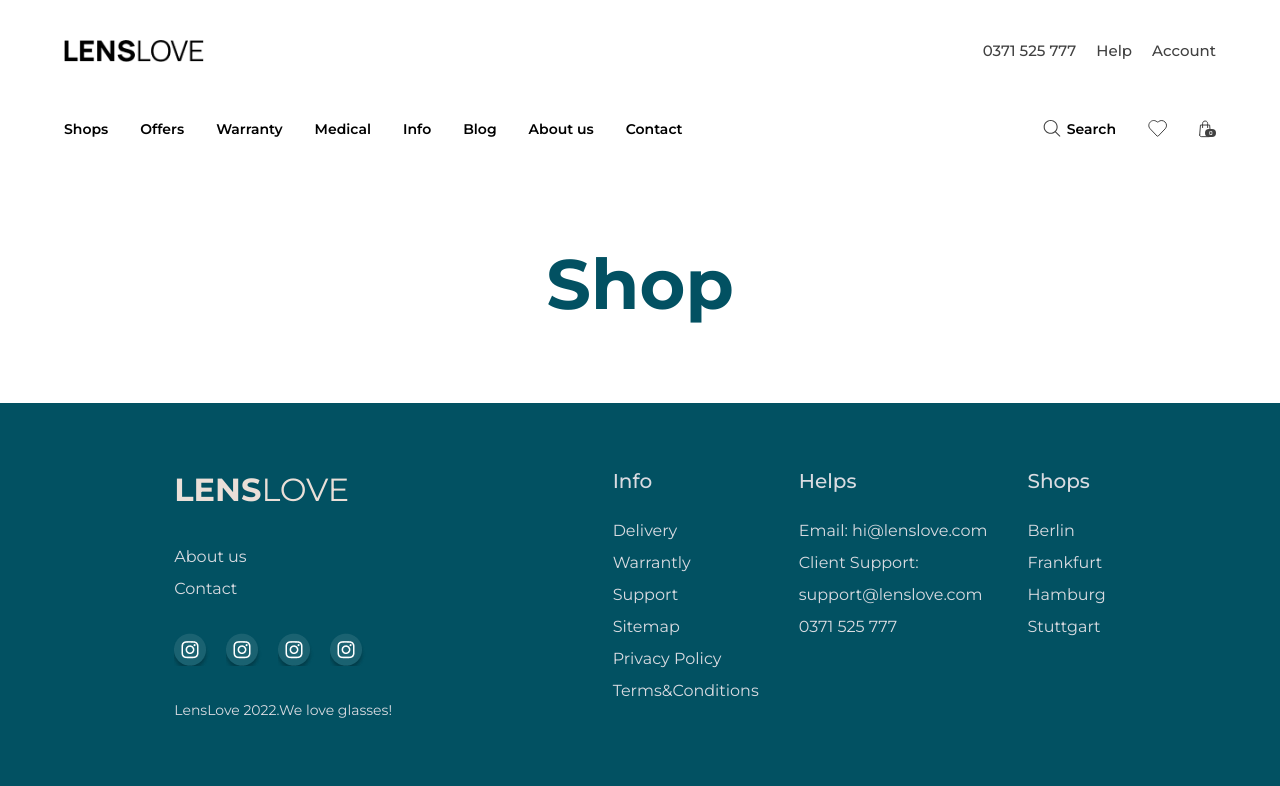
Repository: thienthanhvinh/glasses-react
Page: /shop
The author's editor kept a copy of each file at every save. The page is drawn from the files as they stood at one save, then again after the next save.
The browser window is 1280 px wide. The pictures show the whole page.
The project was rebuilt for these pictures with package versions that can differ from the ones it lists, and the page was loaded fresh each time. Also part of the build but not shown: src/App.css, src/components/button/Button.js, src/components/category/Category.js, src/components/intro/Intro.js, src/components/sales/SpringSales.js, src/modules/GlassesGrid.js, src/modules/GlassesItem.js, src/modules/HeadlineImage.js and 11 more.

Above is the page before, as saved 2023-02-13 20:13:37.

### public/index.html
<!DOCTYPE html>
<html lang="en">
  <head>
    <meta charset="utf-8" />
    <link rel="icon" href="%PUBLIC_URL%/favicon.ico" />
    <meta name="viewport" content="width=device-width, initial-scale=1" />
    <meta name="theme-color" content="#000000" />
    <meta
      name="description"
      content="Web site created using create-react-app"
    />
    <link rel="apple-touch-icon" href="%PUBLIC_URL%/logo192.png" />
    <!--
      manifest.json provides metadata used when your web app is installed on a
      user's mobile device or desktop. See https://developers.google.com/web/fundamentals/web-app-manifest/
    -->
    <link rel="manifest" href="%PUBLIC_URL%/manifest.json" />
    <!--
      Notice the use of %PUBLIC_URL% in the tags above.
      It will be replaced with the URL of the `public` folder during the build.
      Only files inside the `public` folder can be referenced from the HTML.

      Unlike "/favicon.ico" or "favicon.ico", "%PUBLIC_URL%/favicon.ico" will
      work correctly both with client-side routing and a non-root public URL.
      Learn how to configure a non-root public URL by running `npm run build`.
    -->
    <link href="https://fonts.googleapis.com/css2?family=Montserrat:wght@300;400;500;600;700&display=swap" rel="stylesheet">
    <title>React App</title>
  </head>
  <body>
    <noscript>You need to enable JavaScript to run this app.</noscript>
    <div id="root"></div>
    <!--
      This HTML file is a template.
      If you open it directly in the browser, you will see an empty page.

      You can add webfonts, meta tags, or analytics to this file.
      The build step will place the bundled scripts into the <body> tag.

      To begin the development, run `npm start` or `yarn start`.
      To create a production bundle, use `npm run build` or `yarn build`.
    -->
  </body>
</html>

### src/index.js
import React from 'react';
import ReactDOM from 'react-dom/client';
import './index.css';
import App from './App';
import reportWebVitals from './reportWebVitals';
import { BrowserRouter } from 'react-router-dom';
import { ToastContainer, toast } from 'react-toastify';
import 'react-toastify/dist/ReactToastify.css';

const root = ReactDOM.createRoot(document.getElementById('root'));
root.render(
  // <React.StrictMode>
  <BrowserRouter>
    <App />
    <ToastContainer></ToastContainer>
  </BrowserRouter>
  // </React.StrictMode>
);

// If you want to start measuring performance in your app, pass a function
// to log results (for example: reportWebVitals(console.log))
// or send to an analytics endpoint. Learn more: https://bit.ly/CRA-vitals
reportWebVitals();

### src/index.css
/* body {
  margin: 0;
  font-family: -apple-system, BlinkMacSystemFont, 'Segoe UI', 'Roboto', 'Oxygen',
    'Ubuntu', 'Cantarell', 'Fira Sans', 'Droid Sans', 'Helvetica Neue',
    sans-serif;
  -webkit-font-smoothing: antialiased;
  -moz-osx-font-smoothing: grayscale;
}

code {
  font-family: source-code-pro, Menlo, Monaco, Consolas, 'Courier New',
    monospace;
} */

@tailwind base;
@tailwind components;
@tailwind utilities;

body {
  font-family: 'Montserrat', sans-serif;
}
/* .darkmode-input:checked + div .darkmode-spinner {
  transform: translateX(33px);
} */
.active-light {
  transform: translateX(0px);
  transition: all 0.4s;
}
.active-dark {
  transform: translateX(33px);
  transition: all 0.4s;
}

/* .darkmode-input:checked + div {


} */

/* .darkmode-input:checked + div .darkmode-spinner {
  background-color: white;
} */

### src/App.js

import { Route, Routes } from 'react-router-dom';
import './App.css';
import HomePage from './pages/HomePage';
import ShopPage from './pages/ShopPage';
import SignInPage from './pages/SignInPage';
import SignUpPage from './pages/SignUpPage';

function App() {
  return (
    <Routes>
      <Route path='/sign-up' element={<SignUpPage></SignUpPage>}></Route>
      <Route path='/sign-in' element={<SignInPage></SignInPage>}></Route>
      <Route path='/' element={<HomePage></HomePage>}></Route>
      <Route path='/shop' element={<ShopPage></ShopPage>}></Route>
    </Routes>
  );
}

export default App;

### src/pages/ShopPage.js
import React from "react";
import Heading from "../components/common/Heading";
import SpringSales from "../components/sales/SpringSales";
import LayoutGlasses from "../layout/LayoutGlasses";

const ShopPage = () => {
  return (
    <>
      <LayoutGlasses>
        <Heading className="mt-14">Shop</Heading>
        <div className="px-16">
          <div className="mt-[70px]"></div>
        </div>
      </LayoutGlasses>
    </>
  );
};

export default ShopPage;

### src/components/common/Heading.js
import React from 'react';

const Heading = ({children, className = ''}) => {
    return (
        <h2 className={`font-extrabold text-[70px] leading-[98px] text-center text-primary mb-[70px] ${className}`}>
            {children}
        </h2>
    );
};
export default Heading;

### src/modules/Menu.js
import React from "react";
import { Link } from "react-router-dom";
import Navbar from "../components/navbar/Navbar";

const Menu = () => {
  return (
    <div className="py-10 px-16">
      <div className="flex items-center justify-between mb-14">
        <Link to="/">
          <img
            src="/logo.png"
            alt=""
            className="w-[140px] h-auto object-cover"
          />
        </Link>

        <div className="flex gap-x-5 text-secondary-3 text-[15px] font-medium">
          <span>0371 525 777</span>
          <Link to="/">Help</Link>
          <Link to="/sign-in">Account</Link>
        </div>
      </div>
      <Navbar></Navbar>
    </div>
  );
};

export default Menu;

### src/modules/Footer.js
import React from "react";
import { Link } from "react-router-dom";

const Footer = () => {
  return (
    <div className="bg-primary flex justify-around px-16 py-16 text-gray-white">
      <div className="flex flex-col">
        <h2 className="text-secondary font-extrabold text-[32px] leading-[46px] mb-8">
          LENS<span className="font-normal">LOVE</span>
        </h2>
        <Link to="/about" className="mb-2">
          About us
        </Link>
        <Link to="contact" className="mb-8">
          Contact
        </Link>
        <div className="flex gap-x-4 mb-8">
          <span>
            <img src="/Instagram.png" alt="" />
          </span>
          <span>
            <img src="/Instagram.png" alt="" />
          </span>
          <span>
            <img src="/Instagram.png" alt="" />
          </span>
          <span>
            <img src="/Instagram.png" alt="" />
          </span>
        </div>
        <p className="text-[14px] leading-[24px]">
          LensLove 2022.We love glasses!
        </p>
      </div>
      <div className="flex gap-x-10">
        <div>
          <h3 className="font-medium text-xl mb-6">Info</h3>
          <div className="flex flex-col gap-y-2">
            <p>Delivery</p>
            <p>Warrantly</p>
            <p>Support</p>
            <p>Sitemap</p>
            <p>Privacy Policy</p>
            <p>Terms&Conditions</p>
          </div>
        </div>
        <div>
          <h3 className="font-medium text-xl mb-6">Helps</h3>
          <div className="flex flex-col gap-y-2">
            <p>Email: hi@lenslove.com</p>
            <p>Client Support:</p>
            <p>support@lenslove.com</p>
            <p>0371 525 777</p>
          </div>
        </div>
        <div>
          <h3 className="font-medium text-xl mb-6">Shops</h3>
          <div className="flex flex-col gap-y-2">
            <p>Berlin</p>
            <p>Frankfurt</p>
            <p>Hamburg</p>
            <p>Stuttgart</p>
          </div>
        </div>
      </div>
    </div>
  );
};

export default Footer;

### src/layout/LayoutGlasses.js
import React from 'react';
import Footer from '../modules/Footer';
import Menu from '../modules/Menu';

const LayoutGlasses = ({children}) => {
    return (
        <>
         <Menu></Menu>
            {children}
         <Footer></Footer>
        </>
    );
};

export default LayoutGlasses;

### src/components/navbar/Navbar.js
import React from "react";
import { Link } from "react-router-dom";

const Navbar = () => {
  return (
    <div className="flex">
      <ul className="flex text-sm font-semibold gap-x-8">
        <li>
          <Link to="/shop">Shops</Link>
        </li>
        <li>
          <Link to="/">Offers</Link>
        </li>
        <li>
          <Link to="/">Warranty</Link>
        </li>
        <li>
          <Link to="/">Medical</Link>
        </li>
        <li>
          <Link to="/">Info</Link>
        </li>
        <li>
          <Link to="/">Blog</Link>
        </li>
        <li>
          <Link to="/">About us</Link>
        </li>
        <li>
          <Link to="/">Contact</Link>
        </li>
      </ul>
      <div className="ml-auto flex items-center gap-x-8">
        <div className="flex gap-x-[6px] items-center">
          <svg
            width={18}
            height={17}
            viewBox="0 0 18 17"
            fill="none"
            xmlns="http://www.w3.org/2000/svg"
          >
            <path
              d="M17.153 15.747L12.8535 11.5161C13.9794 10.2929 14.6712 8.67509 14.6712 6.89489C14.6707 3.0867 11.534 0 7.66437 0C3.79477 0 0.658081 3.0867 0.658081 6.89489C0.658081 10.7031 3.79477 13.7898 7.66437 13.7898C9.3363 13.7898 10.8698 13.2115 12.0743 12.2501L16.3905 16.4976C16.6008 16.7047 16.9422 16.7047 17.1525 16.4976C17.3633 16.2904 17.3633 15.9541 17.153 15.747ZM7.66437 12.729C4.39027 12.729 1.7361 10.117 1.7361 6.89489C1.7361 3.67281 4.39027 1.06082 7.66437 1.06082C10.9385 1.06082 13.5926 3.67281 13.5926 6.89489C13.5926 10.117 10.9385 12.729 7.66437 12.729Z"
              fill="#414141"
            />
          </svg>
          <span className="text-sm font-semibold">Search</span>
        </div>
        <span>
          <svg
            width="19"
            height="17"
            viewBox="0 0 19 17"
            fill="none"
            xmlns="http://www.w3.org/2000/svg"
          >
            <path
              d="M2.14414 8.80841C0.111678 6.47788 0.614575 3.72661 2.23686 2.03652C3.85628 0.349414 6.5587 -0.245866 8.98238 1.79479L8.98243 1.79483C9.37299 2.12358 9.93842 2.1081 10.3148 1.781L10.3148 1.78097C12.5442 -0.15713 15.2905 0.329246 16.9821 1.956C17.8273 2.76872 18.3905 3.85299 18.4856 5.03784C18.5799 6.21232 18.2175 7.5254 17.1436 8.81679L10.2601 16.0112C9.92623 16.3602 9.36908 16.3602 9.03526 16.0113L2.14414 8.80841Z"
              stroke="#414141"
            />
          </svg>
        </span>
        <span>
          <svg
            width="17"
            height="18"
            viewBox="0 0 17 18"
            fill="none"
            xmlns="http://www.w3.org/2000/svg"
          >
            <path
              d="M0.672966 15.0244L1.47201 5.03632H10.653L11.452 15.0244C11.5228 15.9093 10.8238 16.6665 9.93602 16.6665H2.18895C1.30121 16.6665 0.602173 15.9093 0.672966 15.0244Z"
              stroke="#414141"
              stroke-linecap="round"
              stroke-linejoin="round"
            />
            <path
              d="M3.58252 7.56769V3.52604C3.58252 2.68402 4.08773 1 6.10856 1C8.12938 1 8.63459 2.68402 8.63459 3.52604V7.56769"
              stroke="#414141"
              stroke-linecap="round"
              stroke-linejoin="round"
            />
            <rect x="6" y="9" width="11" height="8" rx="4" fill="#414141" />
            <path
              d="M11.8424 15.084C11.5568 15.084 11.3048 15.0233 11.0864 14.902C10.868 14.7788 10.6972 14.608 10.574 14.3896C10.4527 14.1712 10.392 13.9192 10.392 13.6336V12.3344C10.392 12.0488 10.4527 11.7968 10.574 11.5784C10.6972 11.36 10.868 11.1901 11.0864 11.0688C11.3048 10.9456 11.5568 10.884 11.8424 10.884C12.128 10.884 12.3791 10.9456 12.5956 11.0688C12.814 11.1901 12.9848 11.36 13.108 11.5784C13.2312 11.7968 13.2928 12.0488 13.2928 12.3344V13.6336C13.2928 13.9192 13.2312 14.1712 13.108 14.3896C12.9848 14.608 12.814 14.7788 12.5956 14.902C12.3791 15.0233 12.128 15.084 11.8424 15.084ZM11.8424 14.4428C11.9843 14.4428 12.1131 14.4092 12.2288 14.342C12.3445 14.2729 12.436 14.1815 12.5032 14.0676C12.5704 13.9519 12.604 13.8231 12.604 13.6812V12.284C12.604 12.1403 12.5704 12.0115 12.5032 11.8976C12.436 11.7819 12.3445 11.6904 12.2288 11.6232C12.1131 11.5541 11.9843 11.5196 11.8424 11.5196C11.7005 11.5196 11.5717 11.5541 11.456 11.6232C11.3403 11.6904 11.2488 11.7819 11.1816 11.8976C11.1144 12.0115 11.0808 12.1403 11.0808 12.284V13.6812C11.0808 13.8231 11.1144 13.9519 11.1816 14.0676C11.2488 14.1815 11.3403 14.2729 11.456 14.342C11.5717 14.4092 11.7005 14.4428 11.8424 14.4428Z"
              fill="white"
            />
          </svg>
        </span>
      </div>
    </div>
  );
};

export default Navbar;

### tailwind.config.js
/** @type {import('tailwindcss').Config} */
module.exports = {
  content: [
    "./src/**/*.{js,jsx,ts,tsx}",
  ],
  darkMode: 'class',
  theme: {
    extend: {
      colors: {
        'color-1': "#808191",
        'color-2': "#2d3436",
        'primary' : '#025162',
        'secondary': '#EADFD8',
        'secondary-3': '#414141',
        'tertiary' : '#E75313',
        'lens': '#D4E1F4',
        'gray-white': '#D9DBE1',
        'dark-text-primary': '#dfe6e9',
        'dark-color' : '#4e4f50',
        'dark-secon-color': '#2d3436',
        'dark-third-color': '#3a3a3a',
        'dark-four-color' : '#242526',
        'dark-five-color' : '#3A3A3A',

      }
    },
  },
  plugins: [],
}

Loaded but not shown: src/reportWebVitals.js (common file)

After the next save:
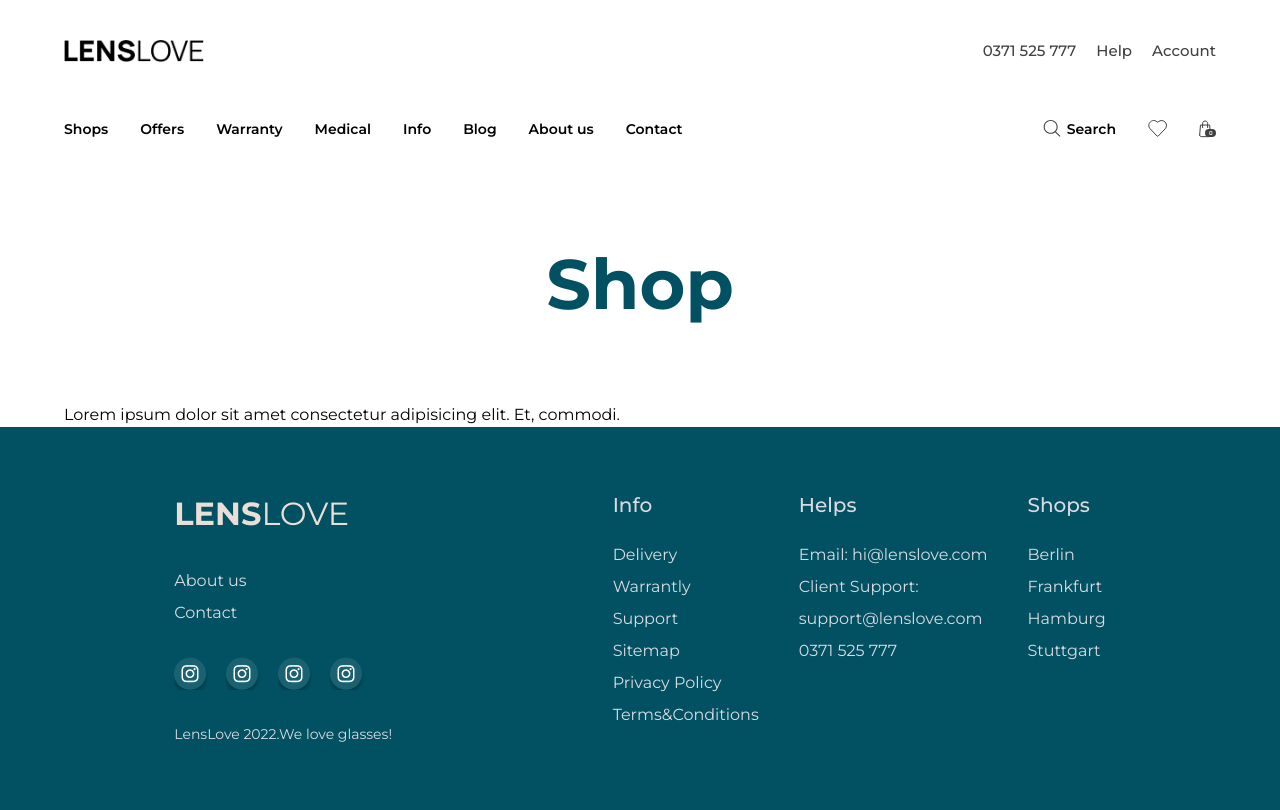
Saved 4 s later.
--- a/src/pages/ShopPage.js
+++ b/src/pages/ShopPage.js
@@ -9,7 +9,7 @@ const ShopPage = () => {
       <LayoutGlasses>
         <Heading className="mt-14">Shop</Heading>
         <div className="px-16">
-          <div className="mt-[70px]"></div>
+          <div className="mt-[70px]">Lorem ipsum dolor sit amet consectetur adipisicing elit. Et, commodi.</div>
         </div>
       </LayoutGlasses>
     </>
